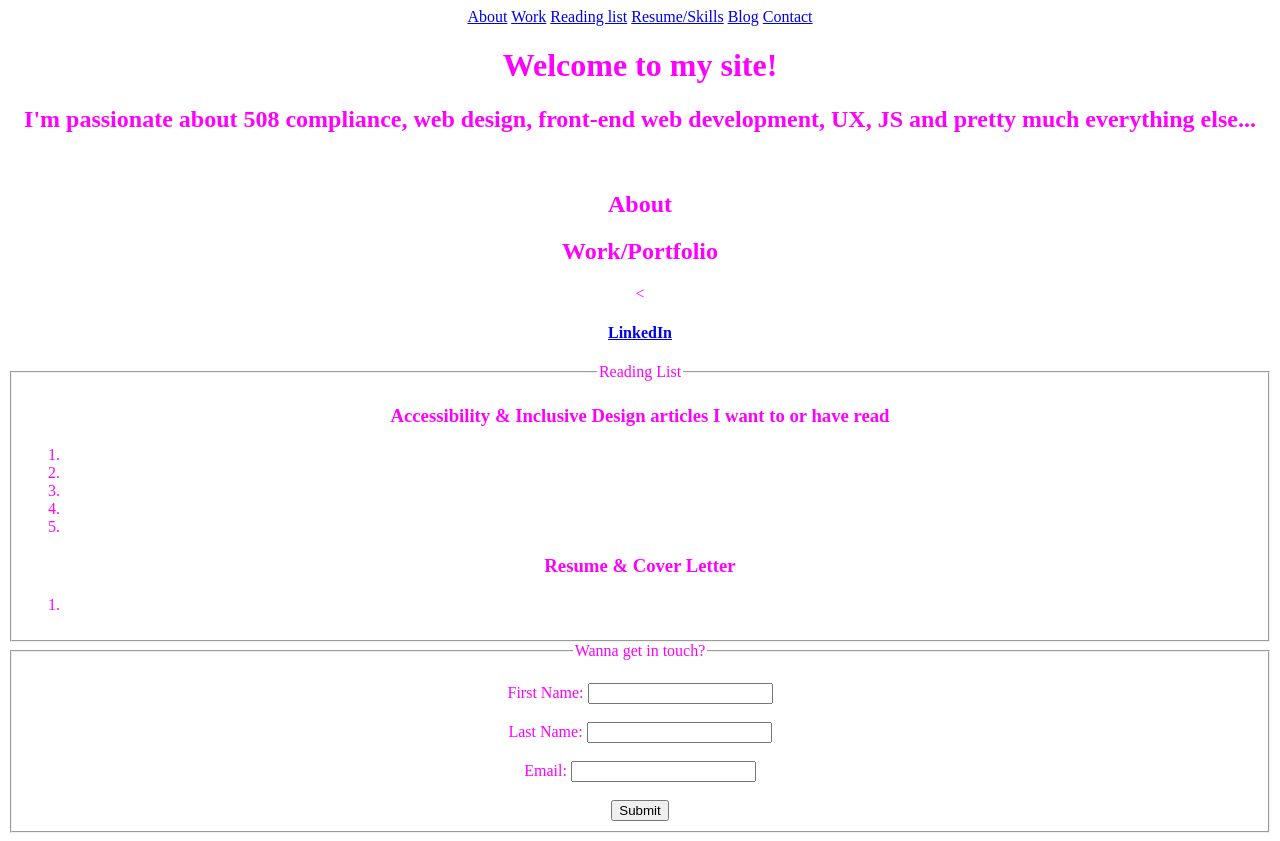
Repository: jasvr/jasvr.io
Page: index.html
An editor plug-in stored every save of this project. The page is shown before and after a run of saves, followed by the edit.
The browser window is 1280 px wide. The pictures show the whole page.

Above is the page before, as saved 2020-01-20 13:42:39.

After the next 3 saves:
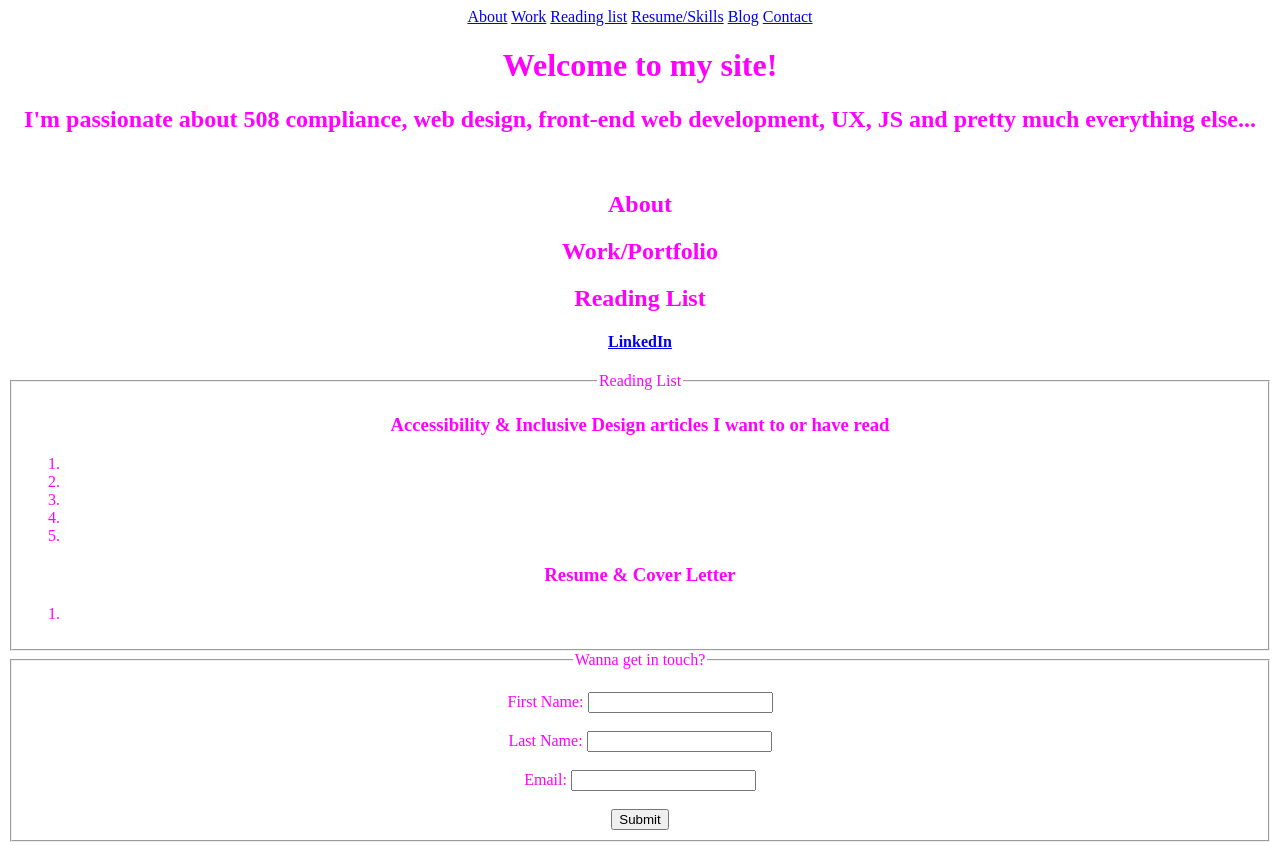
The 3 saves are shown as one change because they came seconds apart.
The last was saved 12 s later.
--- a/index.html
+++ b/index.html
@@ -21,7 +21,7 @@
     <br>
     <h2>About</h2>
     <h2>Work/Portfolio</h2>
-    <
+    <h2>Reading List</h2>
 
 
     <h4><a href="https://www.linkedin.com/in/jasvrgs/">LinkedIn</a></h4>
